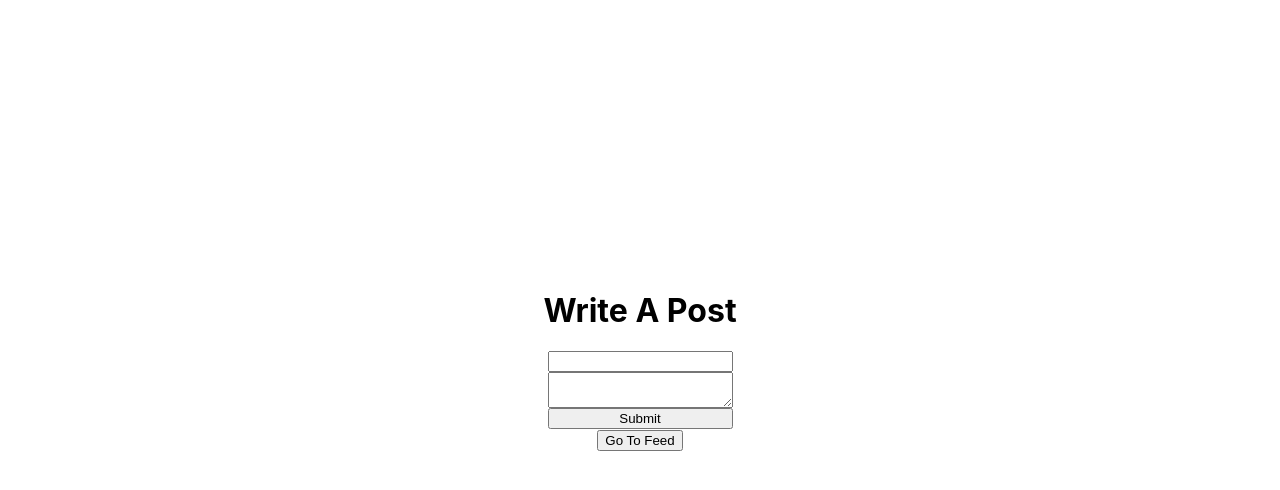
Repository: shaelorch/comp-week4
Page: /addPosts
These files come from the project's save history. The page is drawn as it stood at one moment and after the next save; the edit follows.
The browser window is 1280 px wide. The pictures show the whole page.
The project was rebuilt for these pictures with package versions that can differ from the ones it lists, and the page was loaded fresh each time. The framework's server and built-in components were replaced by stand-ins that run in the browser. Also part of the build but not shown: next.config.js.

Above is the page before, as saved 2023-01-31 23:04:23.

After the next save:
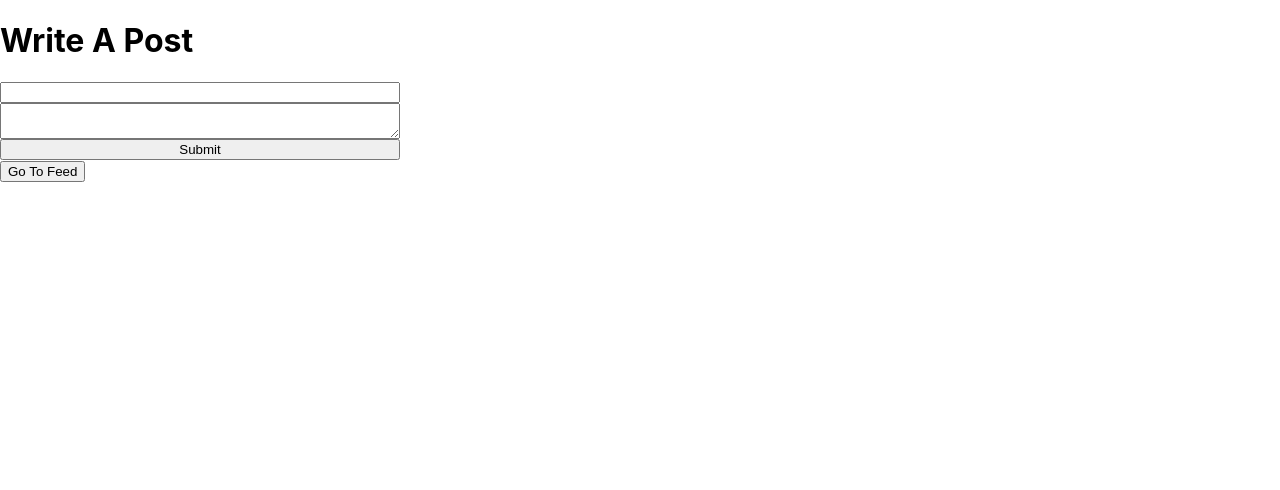
Saved 14 s later.
--- a/pages/addPosts.js
+++ b/pages/addPosts.js
@@ -1,7 +1,6 @@
 import { useState } from 'react'
 import axios from 'axios'
 import { useEffect } from 'react'
-import styles from 'styles/Home.module.css'
 
 export default function Home({posts}) {
     const [title, setTitle] = useState('')
@@ -13,7 +12,7 @@ export default function Home({posts}) {
     console.log(res.data)
   }
 
-  return <div className={styles.main}>
+  return <div class="main">
   <h1>Write A Post</h1>
 
         <form onSubmit={handleSubmit} style={{display: "flex", flexDirection: "column", maxWidth: "400px"}}>
